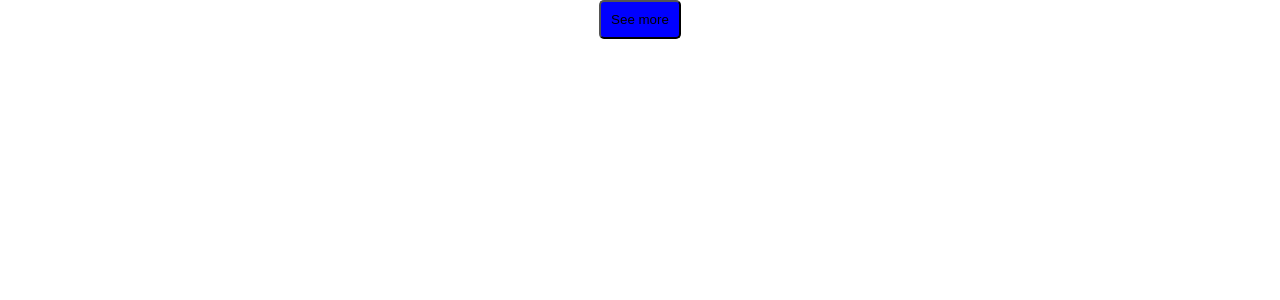
Repository: GiovanaBragio/ReactCourse
Page: / (app in project-1/)
The author's editor kept a copy of each file at every save. The page is drawn from the files as they stood at one save, then again after the next save.
The browser window is 1280 px wide. The pictures show the whole page.
The pointer rests on the first visible `button`.
The page's requests for data from a server got no answer. The project was rebuilt for these pictures with package versions that can differ from the ones it lists, and the page was loaded fresh each time. No one was signed in, and anything a server would have sent is missing. Also part of the build but not shown: project-1/src/components/PostCard/PostCard.styles.css, project-1/src/components/PostCard/PostCard.tsx.

Above is the page before, as saved 2025-01-31 16:29:20.

After the next save:
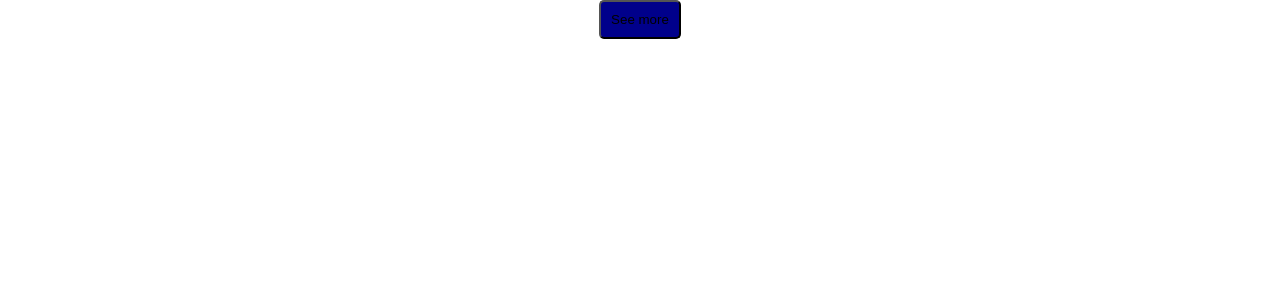
Saved 7 s later.
--- a/project-1/src/components/Button/Button.styles.css
+++ b/project-1/src/components/Button/Button.styles.css
@@ -5,3 +5,7 @@ button {
     cursor: pointer;
     transition: all 0.3s ease-in-out;
 }
+
+button:hover {
+    background-color: darkblue;
+}
